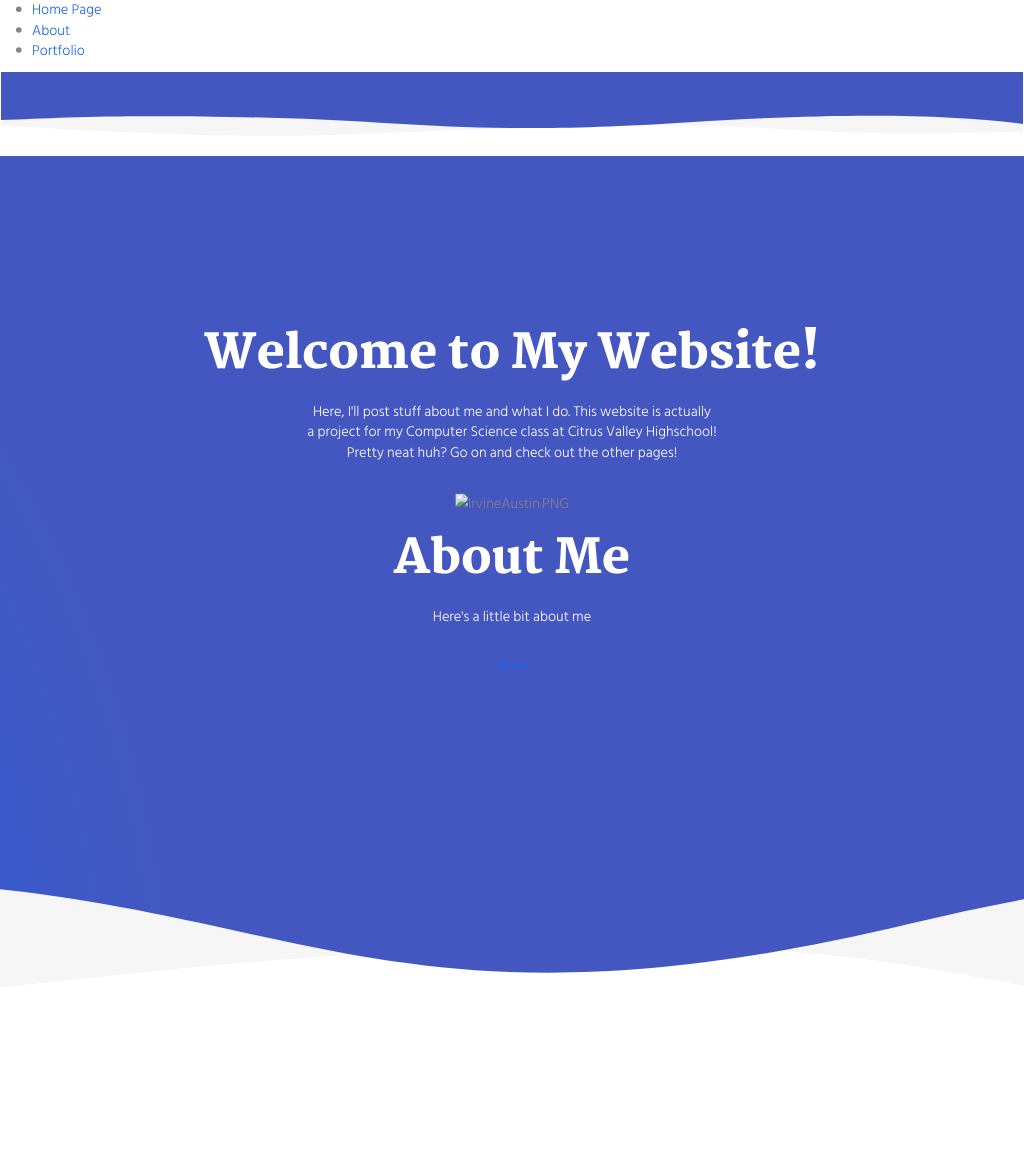
Repository: AustinIrvine02/CharlesX.github.io
Page: index.html
The author's editor kept a record of every edit. The page is drawn from the files as they stood at one moment, then again after the next edit.
The browser window is 1280 px wide. The pictures show the whole page, at 80% of full size.

Above is the page before.

After the next edit:
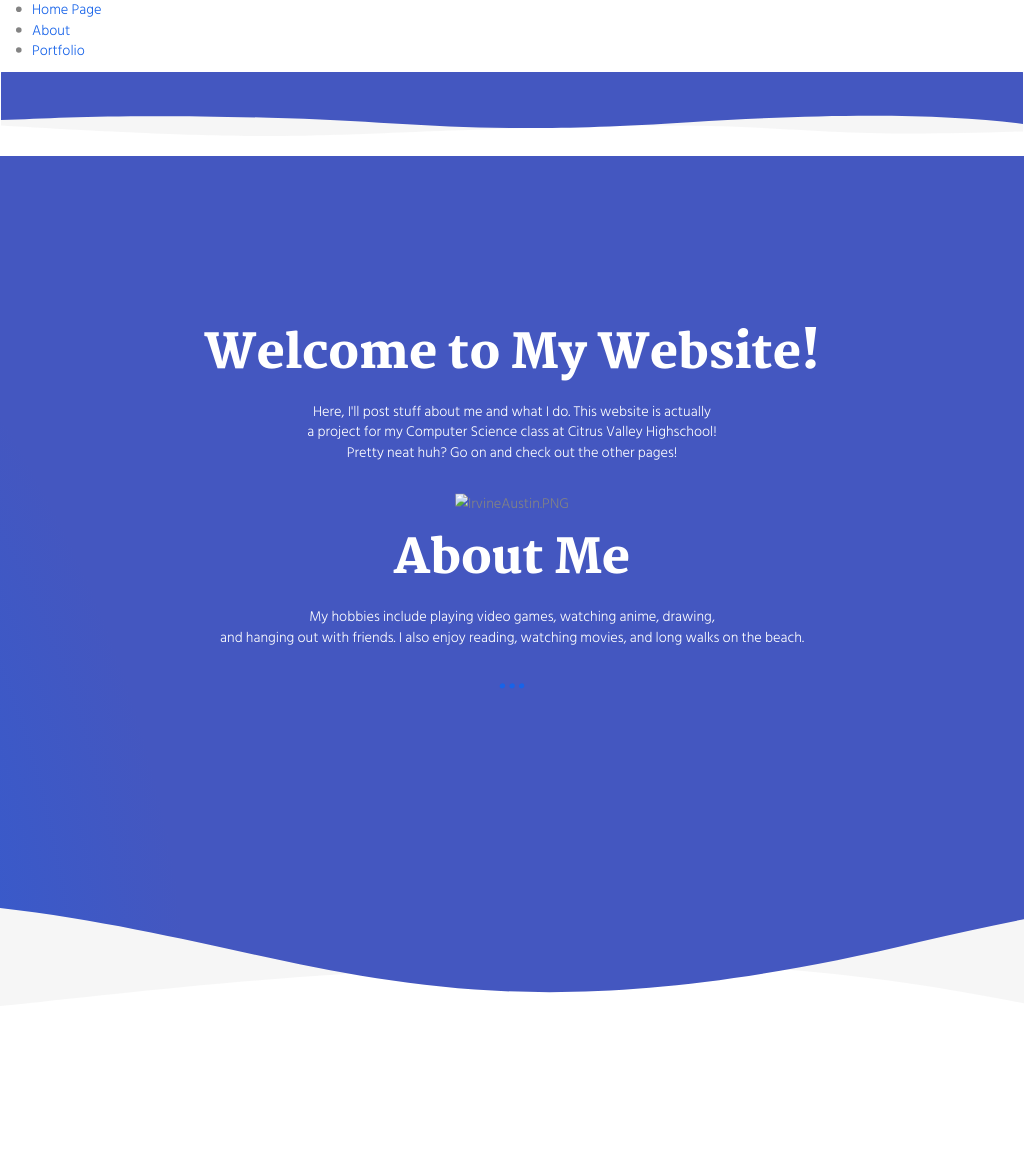
The edit:
--- a/index.html
+++ b/index.html
@@ -68,7 +68,8 @@
   </div>
 
   <h1> About Me </h1>
-  <p> Here's a little bit about me </p>
+  <p> <p> My hobbies include playing video games, watching anime, drawing, <br>
+    and hanging out with friends. I also enjoy reading, watching movies, and long walks on the beach. </p> </p>
 
   <h2> </h2>
 
